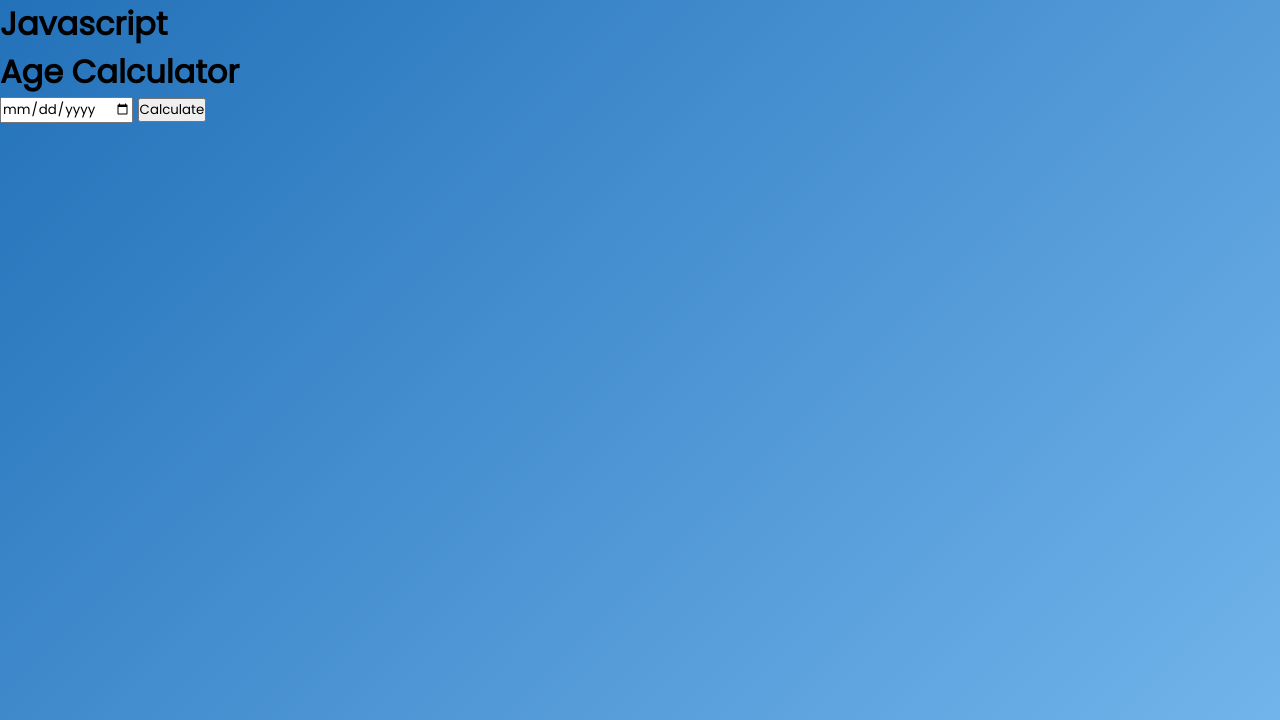
Repository: Ankitkr2021/Age-Calculator
Page: index.html
An editor plug-in stored every save of this project. The page is shown before and after the next save, followed by the edit.
The browser window is 1280 px wide. The pictures show the whole page.

Above is the page before, as saved 2025-10-05 10:20:34.

After the next save:
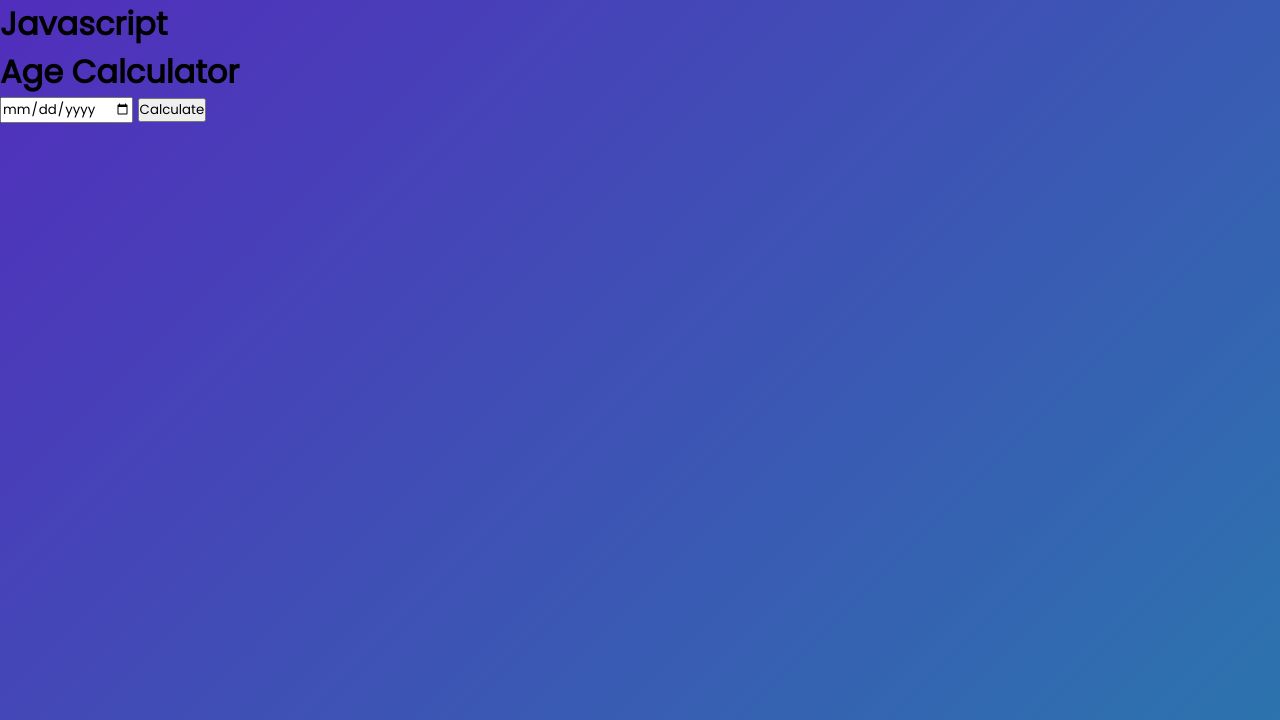
Saved 25 s later.
--- a/style.css
+++ b/style.css
@@ -10,5 +10,5 @@
 body{
     height: 100vh;
     width: 100%;
-    background: linear-gradient(135deg, rgb(35, 113, 185), rgb(113, 180, 235));
+    background: linear-gradient(135deg, rgb(81, 46, 188), rgb(44, 116, 174));
 }
